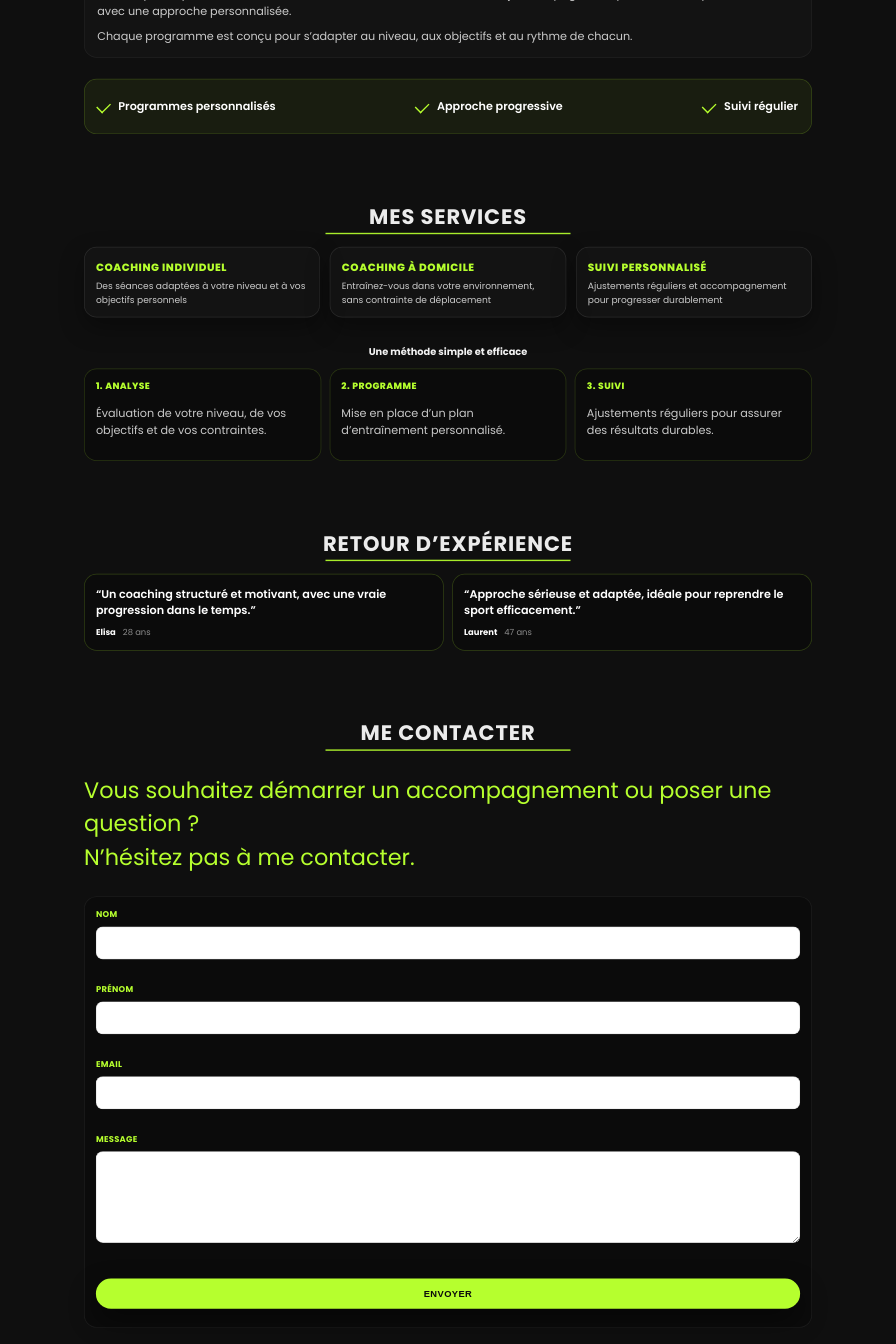
Repository: ThomasHdrd/CoachFitness
Page: index.html
These files come from the project's save history. The page is drawn as it stood at one moment and after the next save; the edit follows.
The browser window is 1280 px wide. The pictures show the part of the page from y = 721 to 2641 px (the page is 3212 px tall before and 3164 px after), at 70% of full size.

Above is the page before, as saved 2026-01-20 22:17:56.

### index.html
<!doctype html>
<html lang="fr">
<head>
  <meta charset="utf-8" />
  <meta name="viewport" content="width=device-width, initial-scale=1" />
  <title>Coach Fitness — Landing Page</title>

  <!-- Poppins -->
  <link rel="preconnect" href="https://fonts.googleapis.com">
  <link rel="preconnect" href="https://fonts.gstatic.com" crossorigin>
  <link href="https://fonts.googleapis.com/css2?family=Poppins:wght@300;400;500;600;700;800&display=swap" rel="stylesheet">

  <link rel="stylesheet" href="styles.css" />
</head>
<body>
  <!-- Header -->
  <header class="site-header" id="top">
    <div class="container header-inner">
      <a class="brand" href="#top" aria-label="Retour en haut">
        <span class="brand-dot" aria-hidden="true"></span>
        <span class="brand-text">Coach Fitness</span>
      </a>

      <button class="nav-toggle" aria-controls="site-nav" aria-expanded="false">
        <span class="sr-only">Ouvrir le menu</span>
        <span class="burger" aria-hidden="true"></span>
      </button>

      <nav class="site-nav" id="site-nav" aria-label="Navigation principale">
        <a class="nav-link" href="#accueil">Accueil</a>
        <a class="nav-link" href="#apropos">A propos</a>
        <a class="nav-link" href="#services">Services</a>
        <a class="nav-link" href="#avis">Avis</a>
        <a class="nav-link nav-cta" href="#contact">Contact</a>
      </nav>
    </div>
  </header>

  <main>
    <!-- HERO -->
    <section class="hero" id="accueil">
      <div class="hero-overlay" aria-hidden="true"></div>
      <div class="container hero-content">
        <p class="hero-kicker">Coaching sportif personnalisé</p>
        <h1 class="hero-title accent">Atteignez vos objectifs. Progressez durablement</h1>
        <p class="hero-subtitle">
          Un accompagnement sportif sur mesure, adapté à votre niveau et à votre rythme
        </p>
        <a class="btn btn-primary" href="#contact">RÉSERVER VITE VOTRE BILAN GRATUIT</a>
      </div>
    </section>

    <!-- A PROPOS -->
    <section class="section" id="apropos">
      <div class="container">
        <h2 class="section-title">A PROPOS DU COACH</h2>
        <h3 class="section-lead accent">Un coaching basé sur l’écoute et la progression</h3>

        <div class="about-grid">
          <div class="about-text">
            <p class="muted">
              Coach sportif spécialisé en remise en forme et renforcement musculaire, j’accompagne des personnes aux profils variés
              avec une approche personnalisée.
            </p>
            <p class="muted">
              Chaque programme est conçu pour s’adapter au niveau, aux objectifs et au rythme de chacun.
            </p>
          </div>
        </div>
        <div class="about-list">
            <ul class="checks">
                <li>Programmes personnalisés</li>
                <li>Approche progressive</li>
                <li>Suivi régulier</li>
            </ul>
        </div>
      </div>
    </section>

    <!-- SERVICES -->
    <section class="section" id="services">
      <div class="container">
        <h2 class="section-title">MES SERVICES</h2>

        <div class="cards">
          <article class="card">
            <h3 class="card-title accent">COACHING INDIVIDUEL</h3>
            <p class="card-text">Des séances adaptées à votre niveau et à vos objectifs personnels</p>
          </article>

          <article class="card">
            <h3 class="card-title accent">COACHING À DOMICILE</h3>
            <p class="card-text">Entraînez-vous dans votre environnement, sans contrainte de déplacement</p>
          </article>

          <article class="card">
            <h3 class="card-title accent">SUIVI PERSONNALISÉ</h3>
            <p class="card-text">Ajustements réguliers et accompagnement pour progresser durablement</p>
          </article>
        </div>

        <div class="method">
          <h3 class="method-title">Une méthode simple et efficace</h3>

          <div class="method-steps">
            <div class="step">
              <div class="step-num accent">1. ANALYSE</div>
              <p class="muted">Évaluation de votre niveau, de vos objectifs et de vos contraintes.</p>
            </div>
            <div class="step">
              <div class="step-num accent">2. PROGRAMME</div>
              <p class="muted">Mise en place d’un plan d’entraînement personnalisé.</p>
            </div>
            <div class="step">
              <div class="step-num accent">3. SUIVI</div>
              <p class="muted">Ajustements réguliers pour assurer des résultats durables.</p>
            </div>
          </div>
        </div>
      </div>
    </section>

    <!-- AVIS -->
    <section class="section" id="avis">
      <div class="container">
        <h2 class="section-title">RETOUR D’EXPÉRIENCE</h2>

        <div class="testimonials">
          <figure class="testimonial">
            <blockquote>
              “Un coaching structuré et motivant, avec une vraie progression dans le temps.”
            </blockquote>
            <figcaption>
              <span class="name">Elisa</span>
              <span class="meta">28 ans</span>
            </figcaption>
          </figure>

          <figure class="testimonial">
            <blockquote>
              “Approche sérieuse et adaptée, idéale pour reprendre le sport efficacement.”
            </blockquote>
            <figcaption>
              <span class="name">Laurent</span>
              <span class="meta">47 ans</span>
            </figcaption>
          </figure>
        </div>
      </div>
    </section>

    <!-- CONTACT -->
    <section class="section" id="contact">
      <div class="container">
        <h2 class="section-title">ME CONTACTER</h2>
        <p class="contact-lead accent">
          Vous souhaitez démarrer un accompagnement ou poser une question ?<br />
          N’hésitez pas à me contacter.
        </p>

        <form class="form" id="contactForm" novalidate>
          <div class="field">
            <label for="nom">Nom</label>
            <input id="nom" name="nom" type="text" autocomplete="family-name" required />
            <small class="error" data-error-for="nom"></small>
          </div>

          <div class="field">
            <label for="prenom">Prénom</label>
            <input id="prenom" name="prenom" type="text" autocomplete="given-name" required />
            <small class="error" data-error-for="prenom"></small>
          </div>

          <div class="field">
            <label for="email">Email</label>
            <input id="email" name="email" type="email" autocomplete="email" required />
            <small class="error" data-error-for="email"></small>
          </div>

          <div class="field">
            <label for="message">Message</label>
            <textarea id="message" name="message" rows="5" required></textarea>
            <small class="error" data-error-for="message"></small>
          </div>

          <button class="btn btn-primary btn-wide" type="submit">ENVOYER</button>
          <p class="form-note muted" id="formStatus" role="status" aria-live="polite"></p>
        </form>
      </div>
    </section>

    <!-- FAQ -->
    <section class="section" id="faq">
      <div class="container">
        <h2 class="section-title">QUESTIONS FRÉQUENTES</h2>

        <div class="faq">
          <details class="faq-item" open>
            <summary>À qui s’adresse le coaching ?</summary>
            <div class="faq-body muted">
              Le coaching s’adresse à toute personne souhaitant reprendre le sport, améliorer sa condition physique ou atteindre un objectif précis
              (remise en forme, renforcement musculaire, perte de poids, bien-être). Les programmes sont adaptés au niveau, au rythme et aux contraintes de chacun.
            </div>
          </details>

          <details class="faq-item">
            <summary>Faut-il déjà être sportif pour commencer ?</summary>
            <div class="faq-body muted">
              Non. Le coaching s’adapte à votre niveau actuel. La progression est construite étape par étape, avec une intensité ajustée.
            </div>
          </details>

          <details class="faq-item">
            <summary>Comment se déroule le suivi ?</summary>
            <div class="faq-body muted">
              Après une analyse de votre situation, un programme personnalisé est mis en place puis ajusté régulièrement selon vos retours et votre progression.
            </div>
          </details>

          <details class="faq-item">
            <summary>Le coaching se fait-il à domicile ou en salle ?</summary>
            <div class="faq-body muted">
              Les deux sont possibles. Le format dépend de vos préférences, de votre matériel et de vos contraintes de planning.
            </div>
          </details>

          <details class="faq-item">
            <summary>Le premier échange est-il gratuit ?</summary>
            <div class="faq-body muted">
              Oui. Le premier échange permet de comprendre votre besoin et de déterminer l’accompagnement le plus adapté, sans engagement.
            </div>
          </details>
        </div>
      </div>
    </section>
  </main>

  <!-- Footer -->
  <footer class="site-footer">
    <div class="container footer-inner">
      <p class="footer-tag muted">Coaching personnalisé • Progression durable • Bien-être</p>
      <p class="footer-copy muted">© 2026 Coach Sportif Indépendant • Tous droits réservés.</p>
    </div>
  </footer>

  <script src="app.js" defer></script>
</body>
</html>

### styles.css
:root{
  --bg: #0F0F0F;            /* demandé */
  --bar: rgba(0,0,0,.90);   /* header/footer */
  --accent: #B6FF2E;        /* demandé */
  --text: #FFFFFF;
  --muted: rgba(255,255,255,.78);
  --muted2: rgba(255,255,255,.62);
  --line: rgba(182,255,46,.38);
  --card: rgba(255,255,255,.04);
  --shadow: 0 16px 40px rgba(0,0,0,.45);
  --radius: 14px;
  --radius-lg: 18px;
  --max: 1040px;
}

*{ box-sizing: border-box; }
html{ scroll-behavior: smooth; }
body{
  margin:0;
  font-family: "Poppins", system-ui, -apple-system, Segoe UI, Roboto, Arial, sans-serif;
  background: var(--bg);
  color: var(--text);
}

.container{
  width:min(100% - 40px, var(--max));
  margin-inline:auto;
}

.sr-only{
  position:absolute;
  width:1px;height:1px;
  padding:0;margin:-1px;
  overflow:hidden;clip:rect(0,0,0,0);
  white-space:nowrap;border:0;
}

/* Header */
.site-header{
  position: sticky;
  top: 0;
  z-index: 50;
  background: var(--bar);
  backdrop-filter: blur(8px);
  border-bottom: 1px solid rgba(255,255,255,.06);
}

.header-inner{
  height: 64px;
  display:flex;
  align-items:center;
  justify-content:space-between;
  gap: 14px;
}

.brand{
  display:flex;
  align-items:center;
  gap:10px;
  text-decoration:none;
  color: var(--text);
  font-weight: 700;
  letter-spacing:.3px;
}
.brand-dot{
  width:10px;height:10px;
  border-radius:999px;
  background: var(--accent);
  box-shadow: 0 0 0 6px rgba(182,255,46,.12);
}
.brand-text{ font-size: 14px; opacity:.95; }

.site-nav{
  display:flex;
  align-items:center;
  gap: 18px;
}
.nav-link{
  color: var(--text);
  text-decoration:none;
  font-size: 13px;
  opacity: .88;
  transition: opacity .2s ease, color .2s ease;
  padding: 10px 6px;
}
.nav-link:hover{ opacity:1; color: var(--accent); }

.nav-cta{
  border: 1px solid rgba(182,255,46,.45);
  border-radius: 999px;
  padding: 10px 14px;
}
.nav-cta:hover{
  background: rgba(182,255,46,.10);
}

/* Mobile nav */
.nav-toggle{
  display:none;
  border:0;
  background: transparent;
  color: var(--text);
  padding: 10px;
  border-radius: 10px;
}
.nav-toggle:hover{ background: rgba(255,255,255,.06); }
.burger{
  width: 22px; height: 2px;
  display:block;
  background: var(--text);
  position: relative;
}
.burger::before,.burger::after{
  content:"";
  position:absolute;
  left:0;
  width:22px;height:2px;
  background: var(--text);
}
.burger::before{ top:-7px; }
.burger::after{ top:7px; }

/* Hero */
.hero{
  position: relative;
  min-height: 50vh;
  display:flex;
  align-items:center;
  padding: 52px 0;
  background:
    linear-gradient(180deg, rgba(0,0,0,.55), rgba(0,0,0,.88)),
    url("assets/hero.jpg") center/cover no-repeat;
  background-position: center 30%;
}
.hero-overlay{
  position:absolute;
  inset:0;
  background: radial-gradient(1200px 600px at 50% 25%, rgba(182,255,46,.10), transparent 60%);
  pointer-events:none;
}
.hero-content{
  position:relative;
  text-align:center;
}
.hero-kicker{
  margin:0 0 10px;
  font-size: 56px;
  max-width: fit-content;
  letter-spacing: .6px;
  text-transform: uppercase;
  font-weight: bold;
}
.hero-title{
  margin: 0 auto;
  font-size: 40px;
  max-width: fit-content;
  margin:0 0 10px;
}
.hero-title .accent{
  display:block;
  color: var(--accent);
  font-weight: 800;
  text-transform:none;
  margin-top: 8px;
  max-width: fit-content;
}
.hero-subtitle{
  margin: 16px auto 22px;
  padding-top: 30px;
  color: var(--muted);
  font-size: 25px;
  line-height: 1.55;
  padding-bottom: 30px;
}

/* Buttons */
.btn{
  display:inline-flex;
  align-items:center;
  justify-content:center;
  gap:10px;
  text-decoration:none;
  border: 0;
  cursor:pointer;
  font-weight: 700;
  letter-spacing: .6px;
  text-transform: uppercase;
  border-radius: 999px;
  padding: 14px 18px;
  box-shadow: var(--shadow);
}
.btn-primary{
  background: var(--accent);
  color: #0A0A0A;
  width: 100%;
}
.btn-primary:hover{
  background: transparent;
  border: 1px solid var(--accent);
  color: var(--accent);
  filter: brightness(.95);
}
.btn-wide{ width: 100%; margin-top: 10px; }

/* Sections */
.section{
  padding: 48px 0;
}
.section #apropos
{
  padding-bottom: 0;
}

.section-title{
  text-align:center;
  margin: 0 0 14px;
  font-size: 30px;
  letter-spacing: 1.2px;
  text-transform: uppercase;
  opacity: .92;
}
.section-title::after {
    content: "";
    display: block;
    width: 350px;
    height: 2px;
    background-color: var(--accent);
    margin: 0 auto 0;
}
.section-lead{
  text-align:center;
  margin: 0 0 22px;
  font-size: 25px;
  font-weight: 700;
}
.accent{ color: var(--accent); font-size: 32px;}
.muted{ color: var(--muted); }
.muted2{ color: var(--muted2); }

/* About */
.about-grid{
  gap: 18px;
  align-items:start;
}
.about-text{
  background: rgba(255,255,255,.02);
  border: 1px solid rgba(255,255,255,.06);
  border-radius: var(--radius-lg);
  padding: 18px;
  margin-bottom: 30px;
}
.about-text p{ margin: 0 0 10px; }
.about-text p:last-child{ margin-bottom: 0; }

.checks{
  list-style: none;
  margin: 0;
  padding: 16px 18px;
  border-radius: var(--radius-lg);
  border: 1px solid rgba(182,255,46,.20);
  background: rgba(182,255,46,.06);
  display: flex;
  flex-wrap: wrap;
  gap: 20%;
}
.checks li{
  position: relative;
  padding-left: 30px;
  margin: 10px 0;
  font-weight: 600;
}
.checks li::before{
  content:"";
  position:absolute;
  left:0; top: 6px;
  width: 16px; height: 10px;
  border-left: 2px solid var(--accent);
  border-bottom: 2px solid var(--accent);
  transform: rotate(-45deg);
}

/* Cards */
.cards{
  display:grid;
  gap: 14px;
  margin-top: 18px;
}
.card{
  background: rgba(255,255,255,.02);
  border: 1px solid rgba(255,255,255,.10);
  border-radius: var(--radius-lg);
  padding: 16px 16px 14px;
  box-shadow: 0 14px 34px rgba(0,0,0,.35);
}
.card-title{
  margin:0 0 6px;
  font-size: 15px;
  font-weight: 800;
  text-transform: uppercase;
  letter-spacing: .8px;
}
.card-text{
  margin:0;
  color: var(--muted);
  font-size: 13px;
  line-height: 1.55;
}

/* Method */
.method{
  margin-top: 26px;
  padding-top: 12px;
}
.method-title{
  text-align:center;
  margin: 0 0 14px;
  font-size: 14px;
  font-weight: 700;
  opacity: .95;
}
.method-steps{
  display:grid;
  gap: 12px;
}
.step{
  border: 1px solid rgba(182,255,46,.18);
  background: rgba(0,0,0,.25);
  border-radius: var(--radius-lg);
  padding: 14px 16px;
}
.step-num{
  font-weight: 800;
  letter-spacing: .6px;
  text-transform: uppercase;
  font-size: 13px;
  margin-bottom: 6px;
}

/* Testimonials */
.testimonials{
  display:grid;
  gap: 12px;
  margin-top: 18px;
}
.testimonial{
  margin:0;
  border: 1px solid rgba(182,255,46,.22);
  background: rgba(0,0,0,.25);
  border-radius: var(--radius-lg);
  padding: 16px;
}
.testimonial blockquote{
  margin:0 0 10px;
  color: var(--text);
  font-weight: 600;
  line-height: 1.5;
}
.testimonial figcaption{
  display:flex;
  gap: 10px;
  align-items:baseline;
  color: var(--muted2);
  font-size: 12px;
}
.testimonial .name{ color: var(--text); font-weight: 700; }
.testimonial .meta{ opacity:.85; }

/* Form */
.form{
  margin-top: 18px;
  border-radius: var(--radius-lg);
  border: 1px solid rgba(255,255,255,.08);
  background: rgba(0,0,0,.25);
  padding: 16px;
}
.field{ margin-bottom: 12px; }
label{
  display:block;
  font-size: 12px;
  font-weight: 700;
  letter-spacing: .4px;
  margin-bottom: 8px;
  color: var(--accent);
  text-transform: uppercase;
}
input, textarea{
  width:100%;
  font-family: inherit;
  font-size: 14px;
  color: #0A0A0A;
  background: #FFFFFF;
  border: 1px solid rgba(0,0,0,.12);
  border-radius: 10px;
  padding: 12px 12px;
  outline: none;
}
textarea{ resize: vertical; min-height: 110px; }
input:focus, textarea:focus{
  box-shadow: 0 0 0 4px rgba(182,255,46,.20);
  border-color: rgba(182,255,46,.55);
}
.error{
  display:block;
  min-height: 16px;
  margin-top: 6px;
  font-size: 12px;
  color: #FF6B6B;
}
.form-note{
  margin: 10px 0 0;
  font-size: 12px;
}

/* FAQ */
.faq{
  margin-top: 18px;
  border-radius: var(--radius-lg);
  overflow:hidden;
  border: 1px solid rgba(182,255,46,.16);
  background: rgba(0,0,0,.25);
}
.faq-item{
  border-top: 1px solid rgba(182,255,46,.12);
}
.faq-item:first-child{ border-top: 0; }
.faq-item summary{
  list-style:none;
  cursor:pointer;
  padding: 14px 16px;
  font-weight: 700;
  font-size: 13px;
  position: relative;
}
.faq-item summary::-webkit-details-marker{ display:none; }
.faq-item summary::after{
  content:"+";
  position:absolute;
  right: 16px;
  top: 10px;
  width: 28px; height: 28px;
  display:grid;
  place-items:center;
  border-radius: 999px;
  color: var(--accent);
  border: 1px solid rgba(182,255,46,.28);
  background: rgba(182,255,46,.08);
}
.faq-item[open] summary::after{ content:"–"; }
.faq-body{
  padding: 0 16px 16px;
  font-size: 13px;
  line-height: 1.6;
}

/* Footer */
.site-footer{
  background: var(--bar);
  border-top: 1px solid rgba(255,255,255,.06);
  padding: 18px 0;
}
.footer-inner{
  text-align:center;
  display:grid;
  gap: 8px;
}
.footer-tag, .footer-copy{
  margin:0;
  font-size: 12px;
}

/* Responsive */
@media (min-width: 820px){
  .hero-content{ text-align:center; }
  .about-grid{
    grid-template-columns: 1.2fr .8fr;
    gap: 18px;
  }
  .cards{
    grid-template-columns: repeat(3, 1fr);
  }
  .method-steps{
    grid-template-columns: repeat(3, 1fr);
  }
  .testimonials{
    grid-template-columns: repeat(2, 1fr);
  }
}

/* Mobile nav behavior */
@media (max-width: 760px){
  .nav-toggle{ display:inline-flex; }
  .site-nav{
    position: fixed;
    inset: 64px 12px auto 12px;
    background: rgba(0,0,0,.95);
    border: 1px solid rgba(255,255,255,.08);
    border-radius: 16px;
    padding: 12px;
    display:none;
    flex-direction: column;
    gap: 6px;
    box-shadow: 0 18px 50px rgba(0,0,0,.6);
  }
  .site-nav.is-open{ display:flex; }
  .nav-link{ width:100%; text-align:center; padding: 12px; }
  .nav-cta{ width:100%; }
}

### app.js
// Mobile menu toggle
const toggle = document.querySelector('.nav-toggle');
const nav = document.querySelector('#site-nav');

if (toggle && nav) {
  toggle.addEventListener('click', () => {
    const isOpen = nav.classList.toggle('is-open');
    toggle.setAttribute('aria-expanded', String(isOpen));
  });

  // Close menu on link click (mobile)
  nav.querySelectorAll('a').forEach(a => {
    a.addEventListener('click', () => {
      nav.classList.remove('is-open');
      toggle.setAttribute('aria-expanded', 'false');
    });
  });

  // Close on ESC
  document.addEventListener('keydown', (e) => {
    if (e.key === 'Escape') {
      nav.classList.remove('is-open');
      toggle.setAttribute('aria-expanded', 'false');
    }
  });
}

// FAQ: allow only one open at a time (optional premium behavior)
const faqItems = document.querySelectorAll('.faq-item');
faqItems.forEach((item) => {
  item.addEventListener('toggle', () => {
    if (item.open) {
      faqItems.forEach((other) => {
        if (other !== item) other.open = false;
      });
    }
  });
});

// Contact form validation (front only, demo)
const form = document.getElementById('contactForm');
const statusEl = document.getElementById('formStatus');

function setError(name, message) {
  const el = document.querySelector(`[data-error-for="${name}"]`);
  if (el) el.textContent = message || '';
}

function isEmail(v) {
  return /^[^\s@]+@[^\s@]+\.[^\s@]+$/.test(v);
}

if (form) {
  form.addEventListener('submit', (e) => {
    e.preventDefault();

    const data = new FormData(form);
    const nom = String(data.get('nom') || '').trim();
    const prenom = String(data.get('prenom') || '').trim();
    const email = String(data.get('email') || '').trim();
    const message = String(data.get('message') || '').trim();

    let ok = true;

    setError('nom', '');
    setError('prenom', '');
    setError('email', '');
    setError('message', '');
    if (statusEl) statusEl.textContent = '';

    if (!nom) { setError('nom', 'Veuillez renseigner votre nom.'); ok = false; }
    if (!prenom) { setError('prenom', 'Veuillez renseigner votre prénom.'); ok = false; }
    if (!email || !isEmail(email)) { setError('email', 'Veuillez renseigner un email valide.'); ok = false; }
    if (!message || message.length < 10) { setError('message', 'Veuillez écrire un message (min. 10 caractères).'); ok = false; }

    if (!ok) return;

    // Demo success
    form.reset();
    if (statusEl) statusEl.textContent = "Message envoyé (démo). Je reviens vers vous au plus vite.";
  });
}

After the next save:
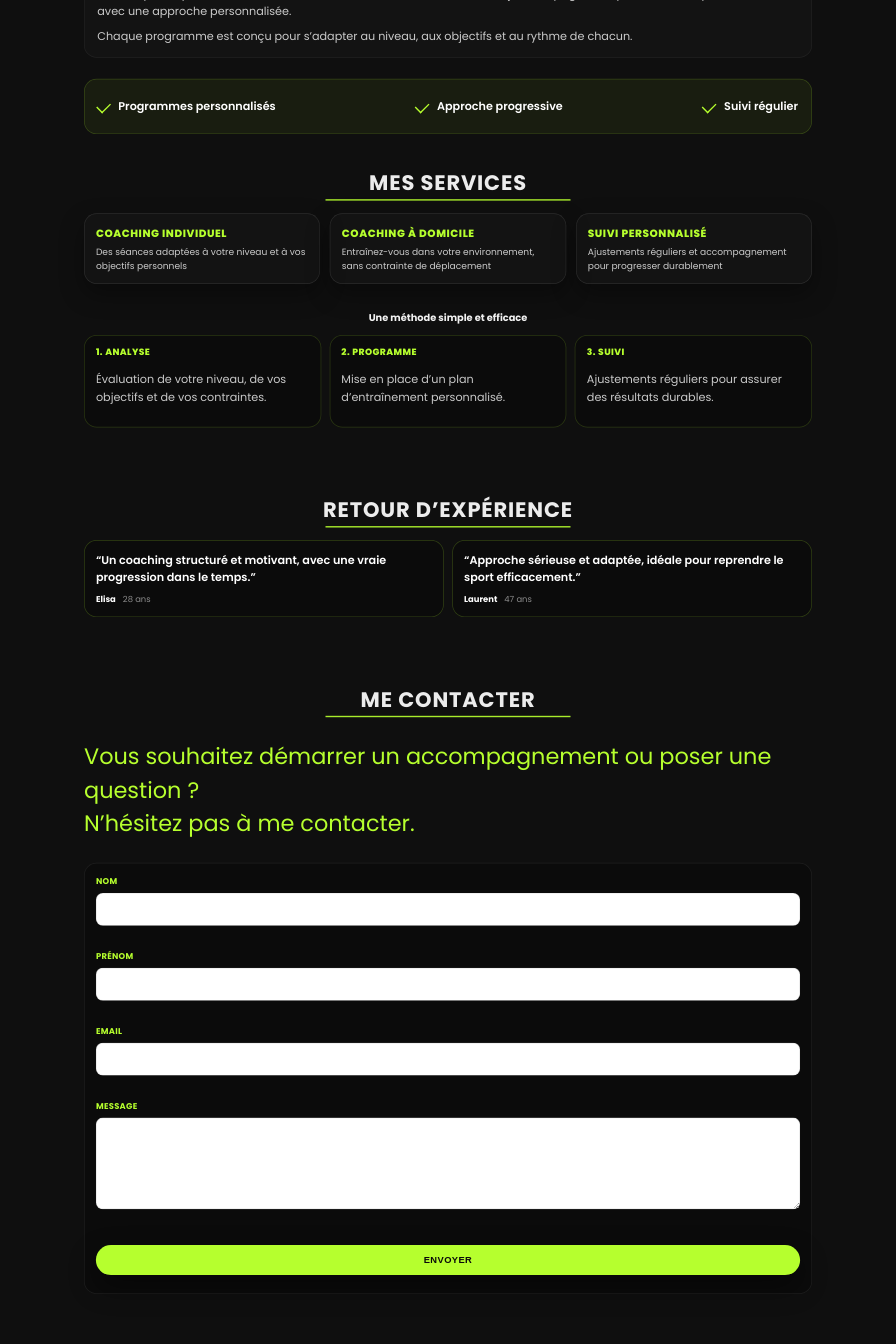
Saved 30 s later.
--- a/styles.css
+++ b/styles.css
@@ -206,7 +206,7 @@ body{
 .section{
   padding: 48px 0;
 }
-.section #apropos
+#apropos
 {
   padding-bottom: 0;
 }
